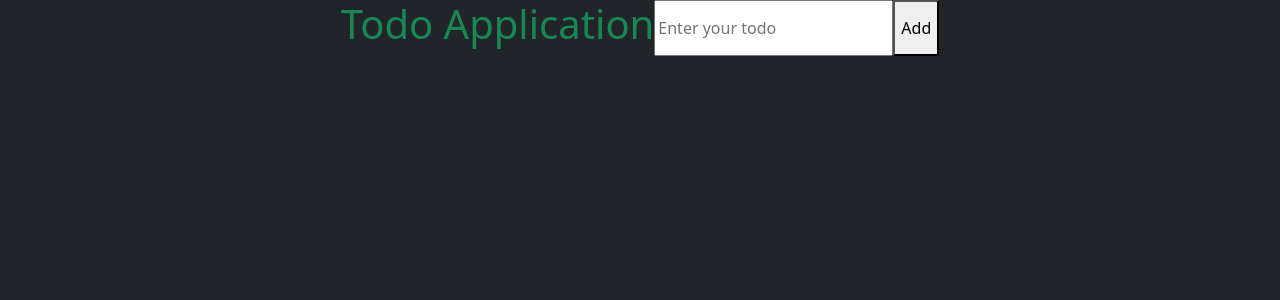
Repository: Alphosmart/param
Page: todo.html
The author's editor kept a copy of each file at every save. The page is drawn from the files as they stood at one save, then again after the next save.
The browser window is 1280 px wide. The pictures show the whole page.

Above is the page before, as saved 2024-07-01 08:37:10.

After the next save:
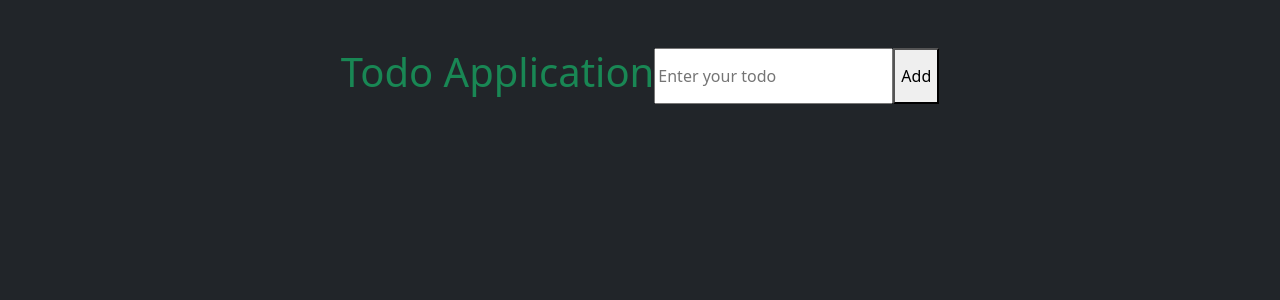
Saved 45 s later.
--- a/todo.html
+++ b/todo.html
@@ -14,7 +14,7 @@
   </head>
 
   <body class="bg-dark text-success">
-    <div class="d-flex justify-content-center allign-items-center m-40">
+    <div class="d-flex justify-content-center allign-items-center mt-5">
       <h1>Todo Application</h1>
       <input type="text" placeholder="Enter your todo" id="todo" />
       <button onclick="addTodo()">Add</button>

After the save that followed:
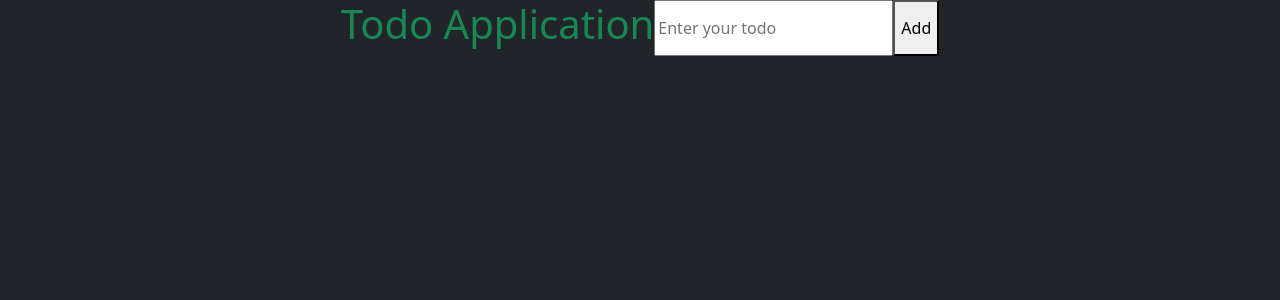
Saved 13 s later.
--- a/todo.html
+++ b/todo.html
@@ -14,7 +14,7 @@
   </head>
 
   <body class="bg-dark text-success">
-    <div class="d-flex justify-content-center allign-items-center mt-5">
+    <div class="d-flex justify-content-center allign-items-center mt-10">
       <h1>Todo Application</h1>
       <input type="text" placeholder="Enter your todo" id="todo" />
       <button onclick="addTodo()">Add</button>
